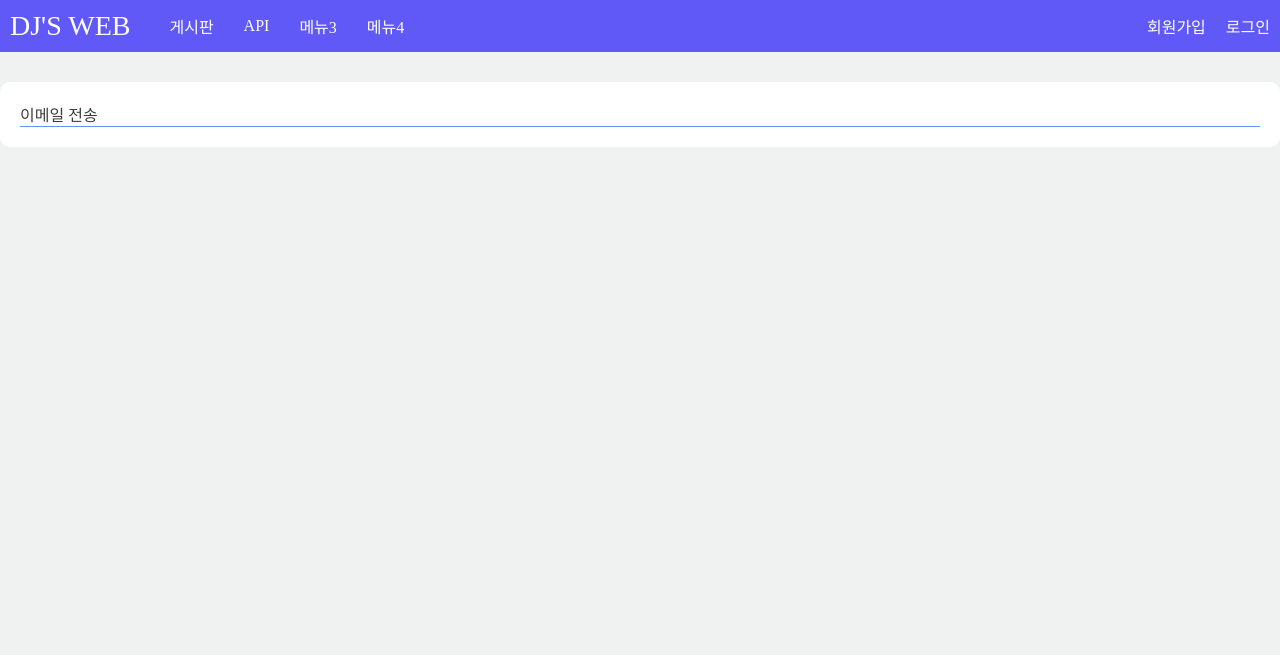
Repository: Godzilla-Man/codingStudy
Page: http://localhost/server_06_notice/api/emailSendFrm
An editor plug-in stored every save of this project. The page is shown before and after the next save, followed by the edit.
The browser window is 1280 px wide. The pictures show the whole page.
Some web fonts or font styles are not loaded; a fallback is used. The page is served by Tomcat 9.

Above is the page before, as saved 2025-05-14 01:05:49.

After the next save:
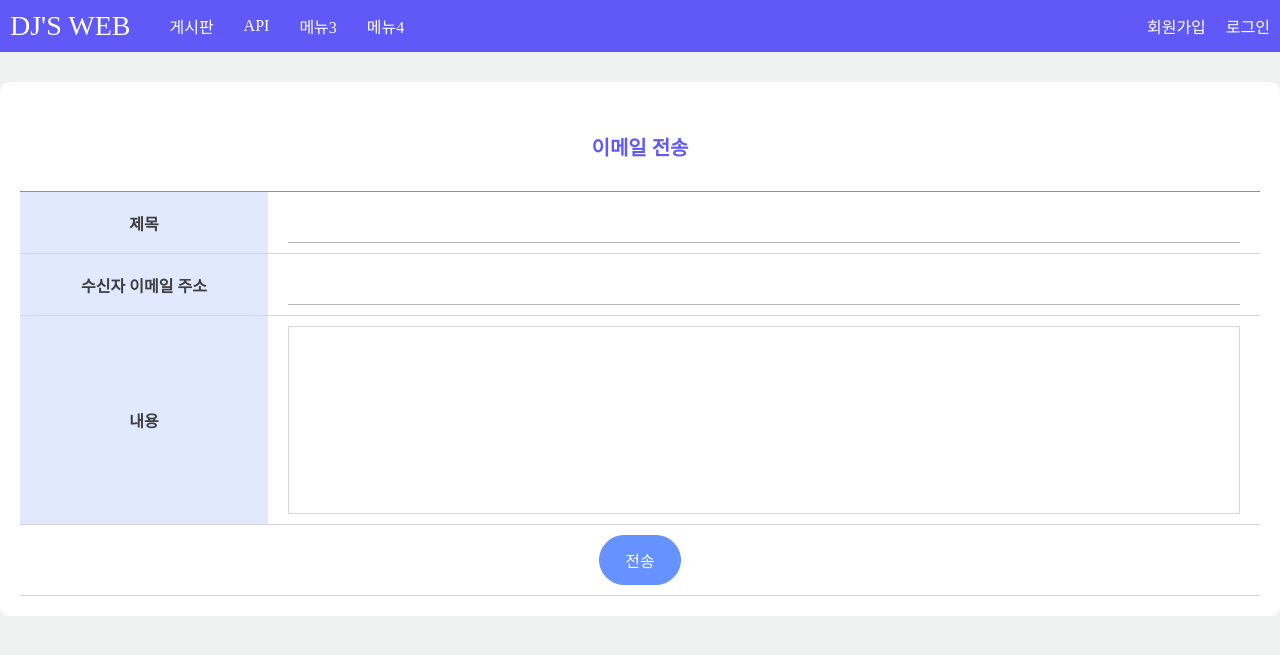
Saved 3 min 16 s later.
--- a/server_06_notice/src/main/webapp/WEB-INF/views/api/emailSend.jsp
+++ b/server_06_notice/src/main/webapp/WEB-INF/views/api/emailSend.jsp
@@ -11,9 +11,39 @@
 		<jsp:include page="/WEB-INF/views/common/header.jsp"></jsp:include>
 		<main class="content">
 			<section class="section email-wrap">
-				<div calss="page-title">이메일 전송</div>
+				<div class="page-title">이메일 전송</div>
 				<form action="/api/emailSend" method="post">
+
 					<table class="tbl">
+						<tr>
+							<th style="width:20%;">제목</th>
+							<td>
+								<div class="input-item">
+									<input type="text" name="emailTitle">
+								</div>
+							</td>
+						</tr>
+						<tr>
+							<th>수신자 이메일 주소</th>
+							<td>
+								<div class="input-item">
+									<input type="text" name="receiver">
+								</div>
+							</td>
+						</tr>
+						<tr>
+							<th>내용</th>
+							<td>
+								<div class="input-item">
+									<textarea name="emailContent"></textarea>
+								</div>
+							</td>
+						</tr>
+						<tr>
+							<td colspan="2">
+								<button class="btn-primary lg" type="submit">전송</button>
+							</td>
+						</tr>
 					</table>
 				</form>
 			</section>
